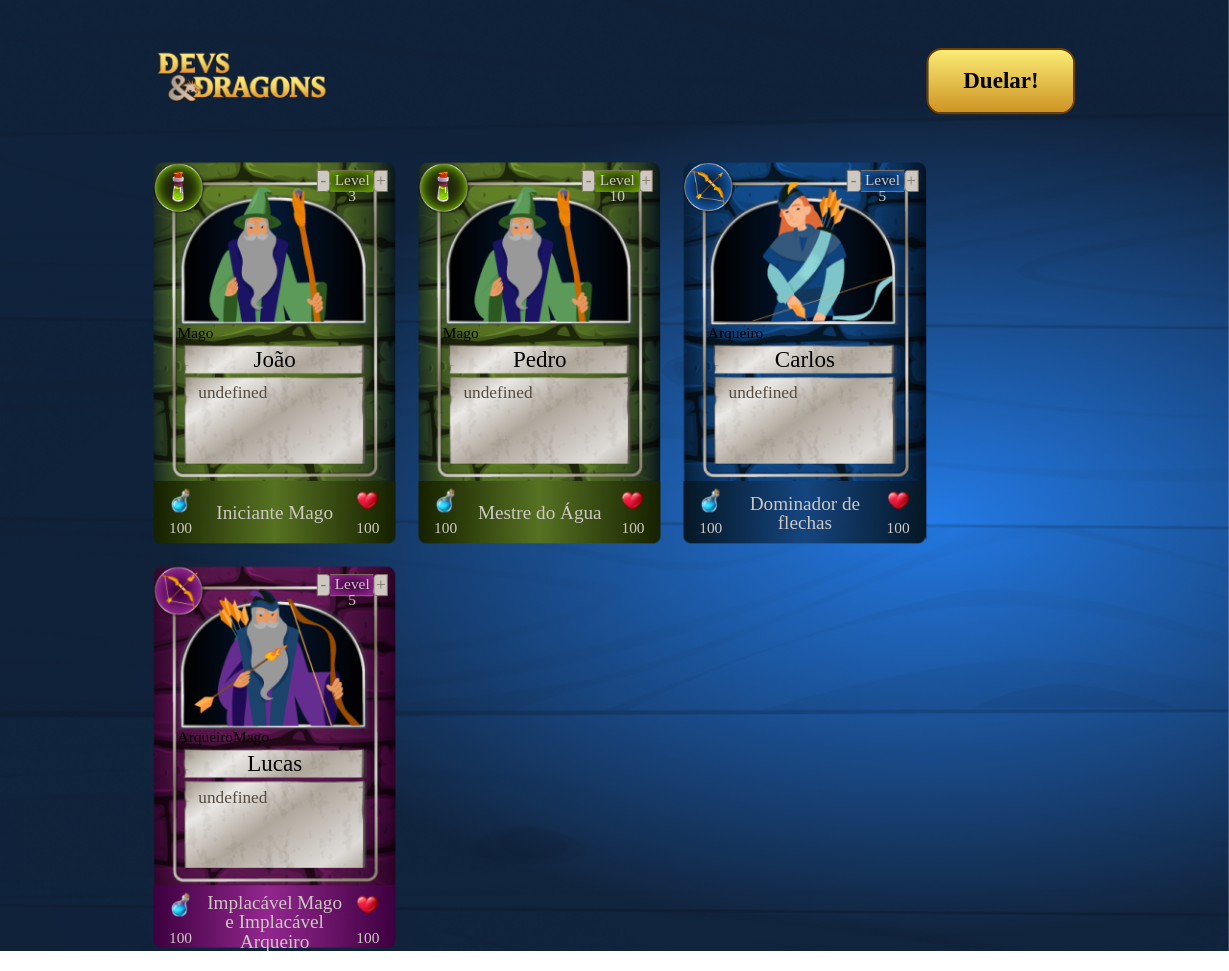
Repository: joaoPraiaJunior/js-classes-herencas-poo
Page: index.html
The author's editor kept a copy of each file at every save. The page is drawn from the files as they stood at one save, then again after the next save.
The browser window is 1280 px wide. The pictures show the whole page, at 96% of full size.
Some web fonts or font styles are not loaded; a fallback is used.

Above is the page before, as saved 2024-09-09 22:18:48.

After the next save:
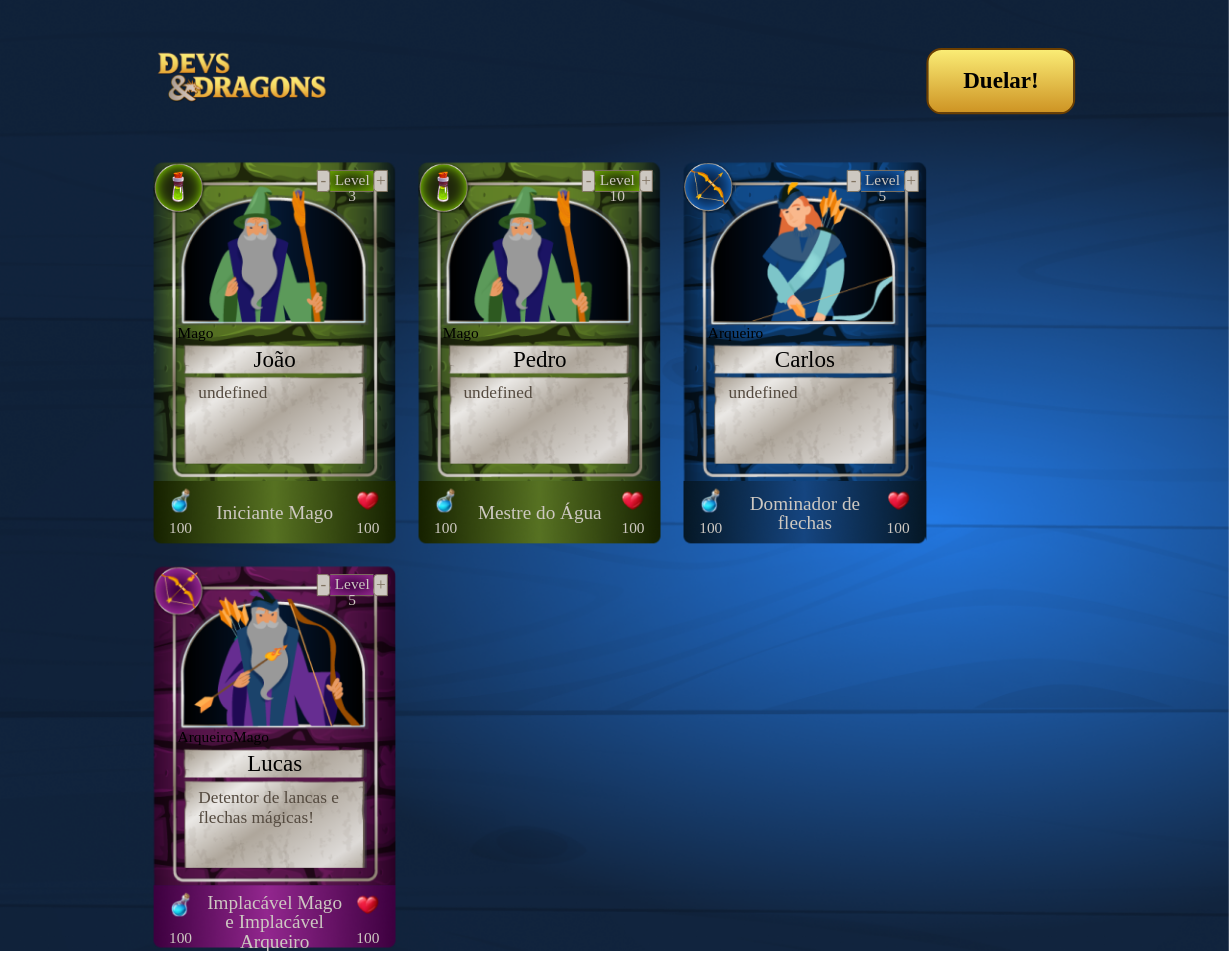
Saved 33 s later.
--- a/src/modules/arqueiro-mago.js
+++ b/src/modules/arqueiro-mago.js
@@ -7,6 +7,7 @@
     static tipo = 'ArqueiroMago'
     ladoMago
     ladoArqueiro
+    descricao = 'Detentor de lancas e flechas mágicas!'
 
     constructor(nome, level, descricao, destreza, elementoMagico, levelMagico, inteligencia) {
         super(nome, level, descricao)
